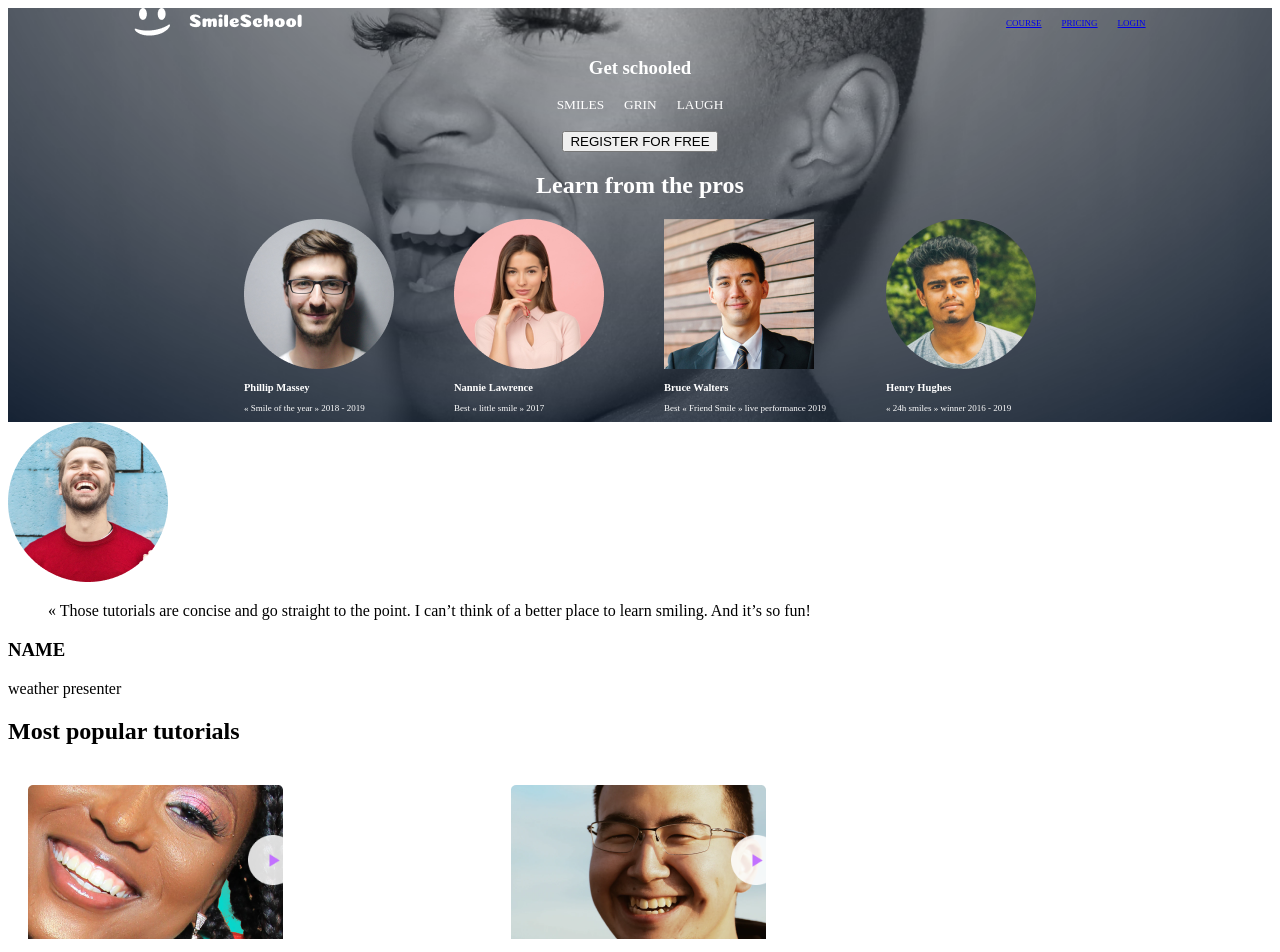
Repository: mwihakiann/alx_html_css
Page: css_advanced/index.html
An editor plug-in stored every save of this project. The page is shown before and after the next save, followed by the edit.
The browser window is 1280 px wide. The pictures show the part of the page from y = 0 to 952 px (the page is 3272 px tall).
A picture or video elsewhere on the page could not be fetched, so the positions and the page height are approximate. Some web libraries are served in a nearby version.

Above is the page before, as saved 2025-09-28 17:55:21.

After the next save:
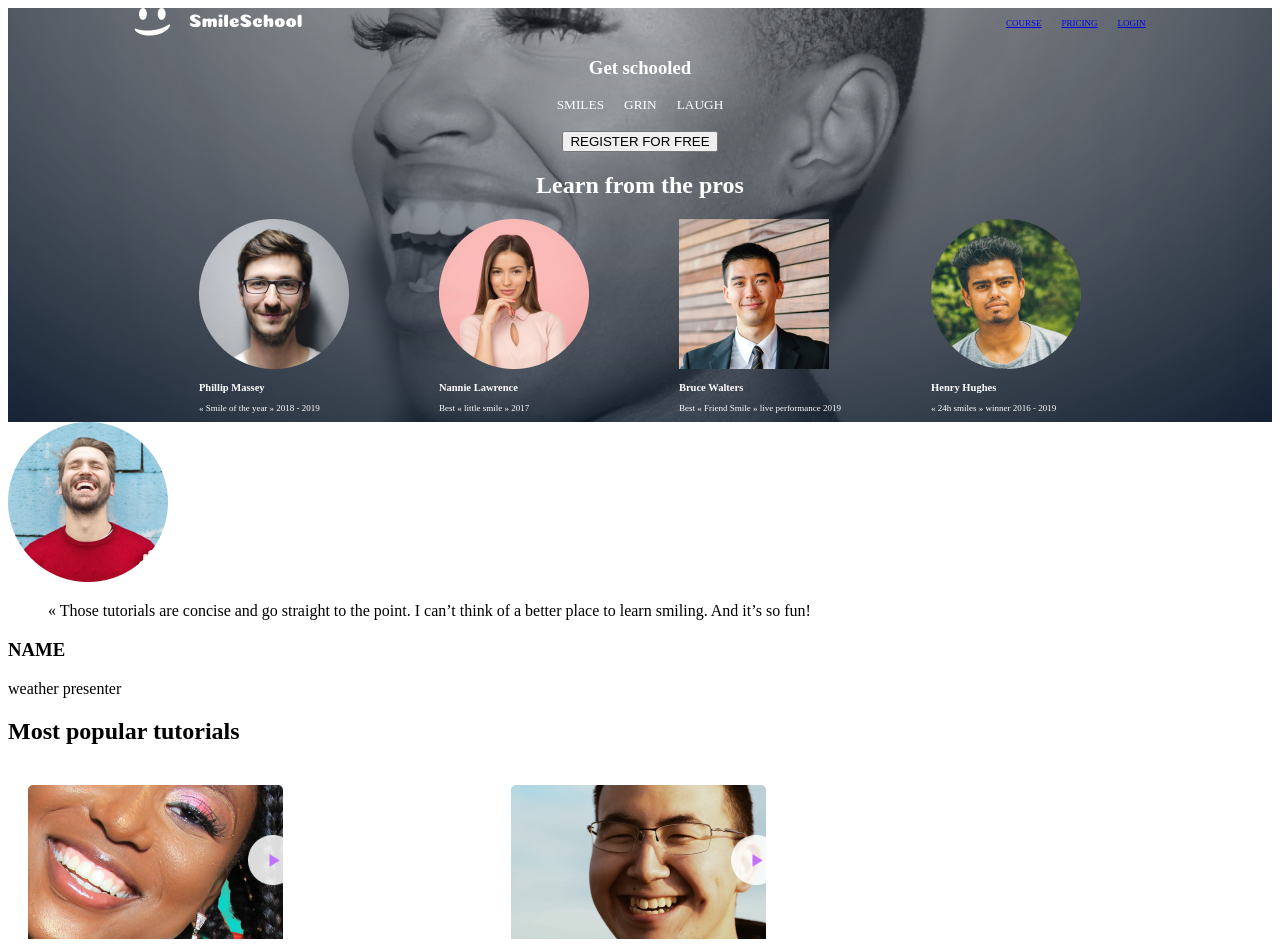
Saved 12 s later.
--- a/css_advanced/styles.css
+++ b/css_advanced/styles.css
@@ -39,7 +39,7 @@ h1{
 .pros{
     display: flex;
     font-size:xx-small;
-    gap: 60px;
+    gap: 90px;
 }
 .horizontal-stack{
    display: flex;
